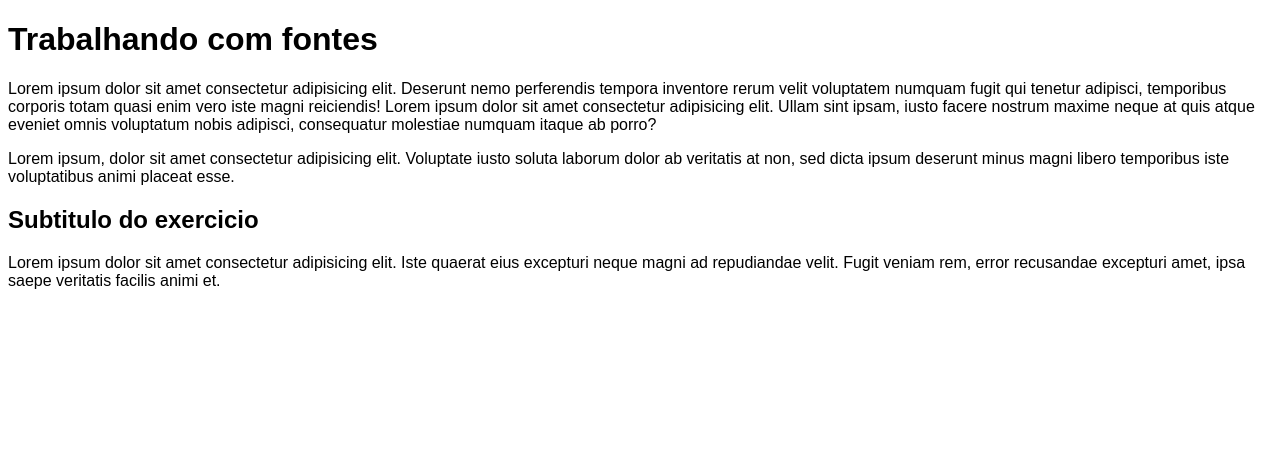
Repository: Iamjordana/html-css
Page: Html Css/Exercicios/ex017/index.html
These files come from the project's save history. The page is drawn as it stood at one moment and after a run of saves; the edit follows.
The browser window is 1280 px wide. The pictures show the whole page.

Above is the page before, as saved 2025-01-28 17:55:36.

### Html Css/Exercicios/ex017/index.html
<!DOCTYPE html>
<html lang="pt-br">
<head>
    <meta charset="UTF-8">
    <meta name="viewport" content="width=device-width, initial-scale=1.0">
    <title>Fontes em CSS</title>
    <style>
        body{
            font-family:Arial, Helvetica, sans-serif;
            /*
            Medidas Absolutas
            cm, mm, in, px, pt, pc

            Medidas Relativas
            em, ex, %, rem, vw, vh, vmin, vmax
            */
            16px geralmente = 1em
            font-size: 16pt;
        }
    </style>
</head>
<body>
    <h1>Trabalhando com fontes</h1>
    <p>Lorem ipsum dolor sit amet consectetur adipisicing elit. Deserunt nemo perferendis tempora inventore rerum velit voluptatem numquam fugit qui tenetur adipisci, temporibus corporis totam quasi enim vero iste magni reiciendis! Lorem ipsum dolor sit amet consectetur adipisicing elit. Ullam sint ipsam, iusto facere nostrum maxime neque at quis atque eveniet omnis voluptatum nobis adipisci, consequatur molestiae numquam itaque ab porro?</p>
    <p>Lorem ipsum, dolor sit amet consectetur adipisicing elit. Voluptate iusto soluta laborum dolor ab veritatis at non, sed dicta ipsum deserunt minus magni libero temporibus iste voluptatibus animi placeat esse.</p>
    <h2>Subtitulo do exercicio</h2>
    <p>Lorem ipsum dolor sit amet consectetur adipisicing elit. Iste quaerat eius excepturi neque magni ad repudiandae velit. Fugit veniam rem, error recusandae excepturi amet, ipsa saepe veritatis facilis animi et.</p>

</body>
</html>

After the next 3 saves:
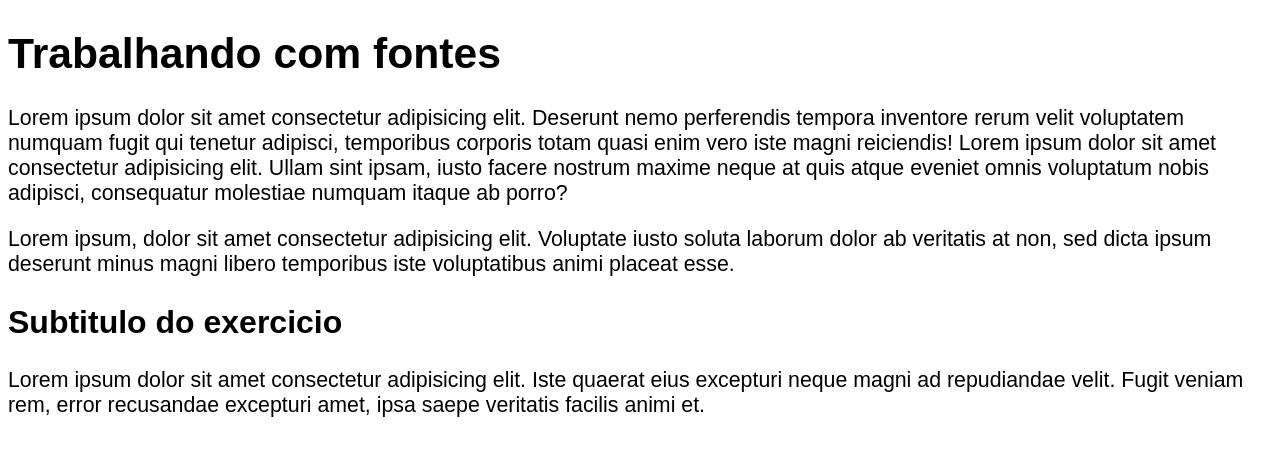
The 3 saves are shown as one change because they came seconds apart.
The last was saved 12 s later.
--- a/Html Css/Exercicios/ex017/index.html
+++ b/Html Css/Exercicios/ex017/index.html
@@ -13,8 +13,8 @@
 
             Medidas Relativas
             em, ex, %, rem, vw, vh, vmin, vmax
+            16px geralmente = 1em
             */
-            16px geralmente = 1em
             font-size: 16pt;
         }
     </style>

After the 2 saves that followed:
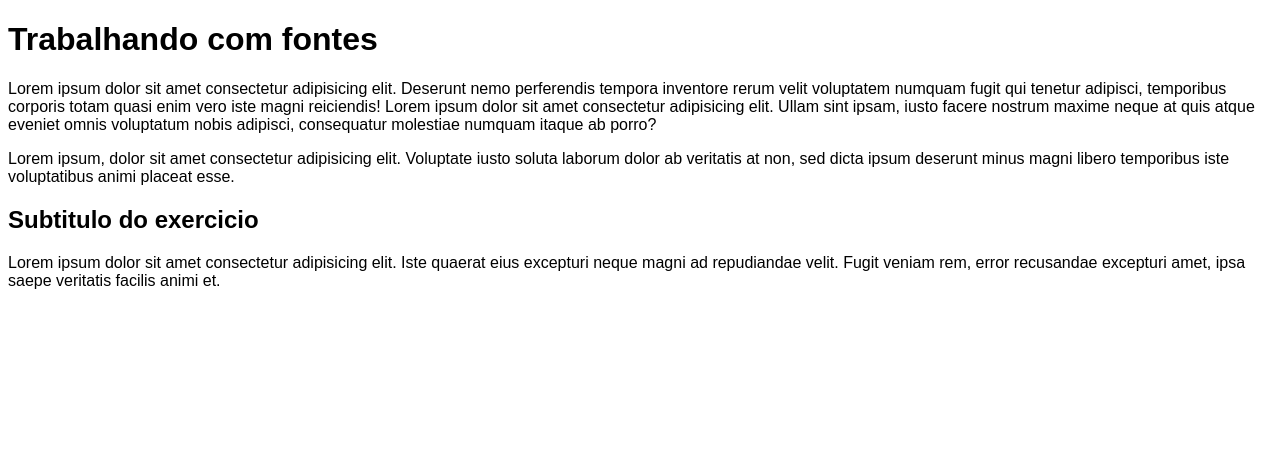
The 2 saves are shown as one change because 1 left the picture as it was.
The last was saved 4 min 20 s later.
--- a/Html Css/Exercicios/ex017/index.html
+++ b/Html Css/Exercicios/ex017/index.html
@@ -15,7 +15,7 @@
             em, ex, %, rem, vw, vh, vmin, vmax
             16px geralmente = 1em
             */
-            font-size: 16pt;
+            font-size: 1em;
         }
     </style>
 </head>
